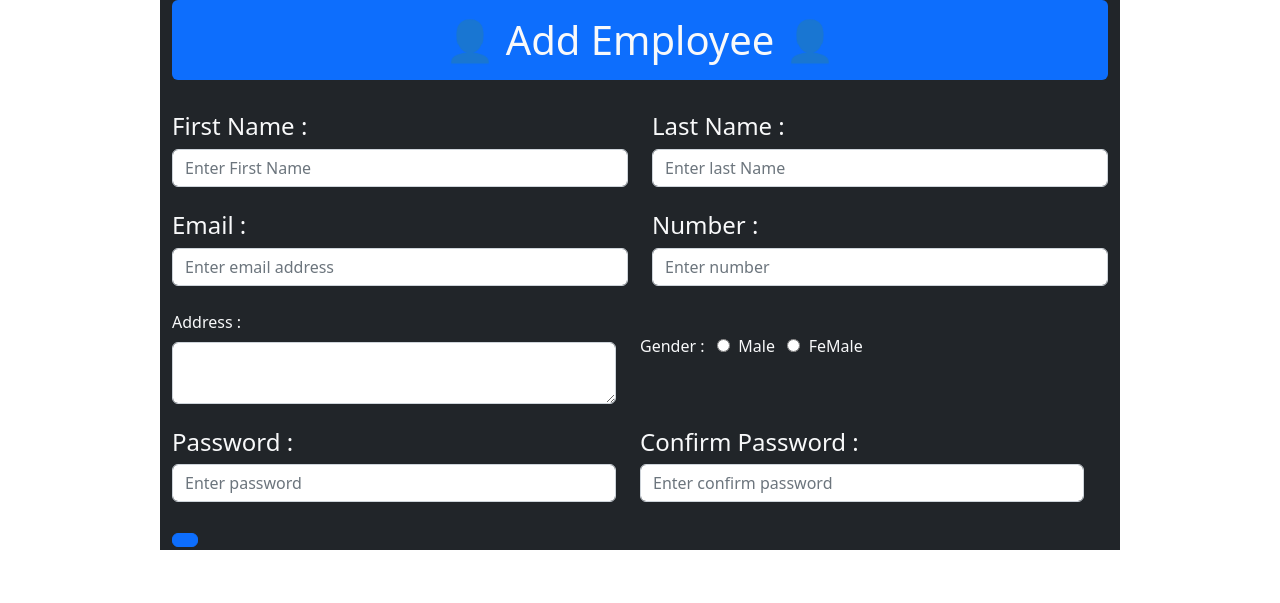
Repository: Rahulkathiriya/java-assignment-and-assesment
Page: http://localhost/web007_assesment_employee_Management_System/addEmployee.jsp
These files come from the project's save history. The page is drawn as it stood at one moment and after the next save; the edit follows.
The browser window is 1280 px wide. The pictures show the whole page.
The page is served by Tomcat 9. Other server files are loaded and not shown.

Above is the page before, as saved 2022-11-17 15:48:19.

### web007_assesment_employee_Management_System/src/main/webapp/addEmployee.jsp
<%@ page language="java" contentType="text/html; charset=UTF-8"
	pageEncoding="UTF-8"%>
<!DOCTYPE html>
<html>
<head>
<!-- CSS only -->
<link
	href="https://cdn.jsdelivr.net/npm/bootstrap@5.2.0/dist/css/bootstrap.min.css"
	rel="stylesheet"
	integrity="sha384-gH2yIJqKdNHPEq0n4Mqa/HGKIhSkIHeL5AyhkYV8i59U5AR6csBvApHHNl/vI1Bx"
	crossorigin="anonymous">
<!-- <-- JavaScript Bundle with Popper -->
<script
	src="https://cdn.jsdelivr.net/npm/bootstrap@5.2.0/dist/js/bootstrap.bundle.min.js"
	integrity="sha384-A3rJD856KowSb7dwlZdYEkO39Gagi7vIsF0jrRAoQmDKKtQBHUuLZ9AsSv4jD4Xa"
	crossorigin="anonymous"></script>

<!--  	j-Queary cdn -->
<script
	src="https://cdnjs.cloudflare.com/ajax/libs/jquery/3.6.1/jquery.min.js"
	integrity="sha512-aVKKRRi/Q/YV+4mjoKBsE4x3H+BkegoM/em46NNlCqNTmUYADjBbeNefNxYV7giUp0VxICtqdrbqU7iVaeZNXA=="
	crossorigin="anonymous" referrerpolicy="no-referrer"></script>
<meta charset="UTF-8">
<title>add Employee</title>
<style type="text/css">
.form-control:focus {
	border-color: none !important;
	box-shadow: none !important;
}
</style>
</head>
<body>

	<div class="container bg-dark text-light m-auto w-75">
		<div class="h1 text-center bg-primary rounded p-3">👤 Add
			Employee 👤</div>
		<br>
		<div class="row">
			<div class="col col-sm-12 col-md-6 col-lg-6">
				<label class=" h4 form-label" for="fname">First Name :</label> <input
					type="text" id="fname" name="fname" class="form-control"
					placeholder="Enter First Name">
			</div>
			<div class="col col-sm-12 col-md-6 col-lg-6">
				<label class=" h4 form-label" for="lname">Last Name :</label> <input
					type="text" id="lname" name="lname" class="form-control"
					placeholder="Enter last Name">
			</div>
		</div>
		<br>
		<div class="row">
			<div class="col col-sm-12 col-md-6 col-lg-6">
				<label class=" h4 form-label" for="email">Email :</label> <input
					type="email" id="email" name="email" class="form-control"
					placeholder="Enter email address">
			</div>
			<div class="col col-sm-12 col-md-6 col-lg-6">
				<label class=" h4 form-label" for="number">Number :</label> <input
					type="text" id="number" name="number" class="form-control"
					placeholder="Enter number">
			</div>

			<div class="row mt-4">
				<div class="col col-sm-12 col-md-6 col-lg-6">
					<label class="form-label">Address : </label>
					<textarea rows="" cols="" class="form-control" id="address"></textarea>
				</div>
				<div class="col col-sm-12 col-md-6 col-lg-6 mt-4">
					<label class="form-label" for="gender">Gender :</label> &nbsp; <input
						type="radio" name="gender" value="male"> &nbsp;Male &nbsp;
					<input type="radio" name="gender" value="male">
					&nbsp;FeMale
				</div>
			</div>
			<div class="row mt-4">
				<div class="col col-sm-12 col-md-6 col-lg-6">
					<label class=" h4 form-label" for="password">Password :</label> <input
						type="text" id="password" name="password" class="form-control"
						placeholder="Enter password">
				</div>
				<div class="col col-sm-12 col-md-6 col-lg-6">
					<label class=" h4 form-label" for="conpass">Confirm
						Password :</label> <input type="text" id="conpass" name="conpass"
						class="form-control" placeholder="Enter confirm password">
				</div>
			</div>
			<div class="row mt-4">
				<div class="col col-sm-12 col-md-6 col-lg-6">
					<button class="btn btn-primary"><a href="submit"></a></button>

				</div>
				<div class="col col-sm-12 col-md-6 col-lg-6">

				</div>
			</div>
		</div>



	</div>

















</body>
</html>

After the next save:
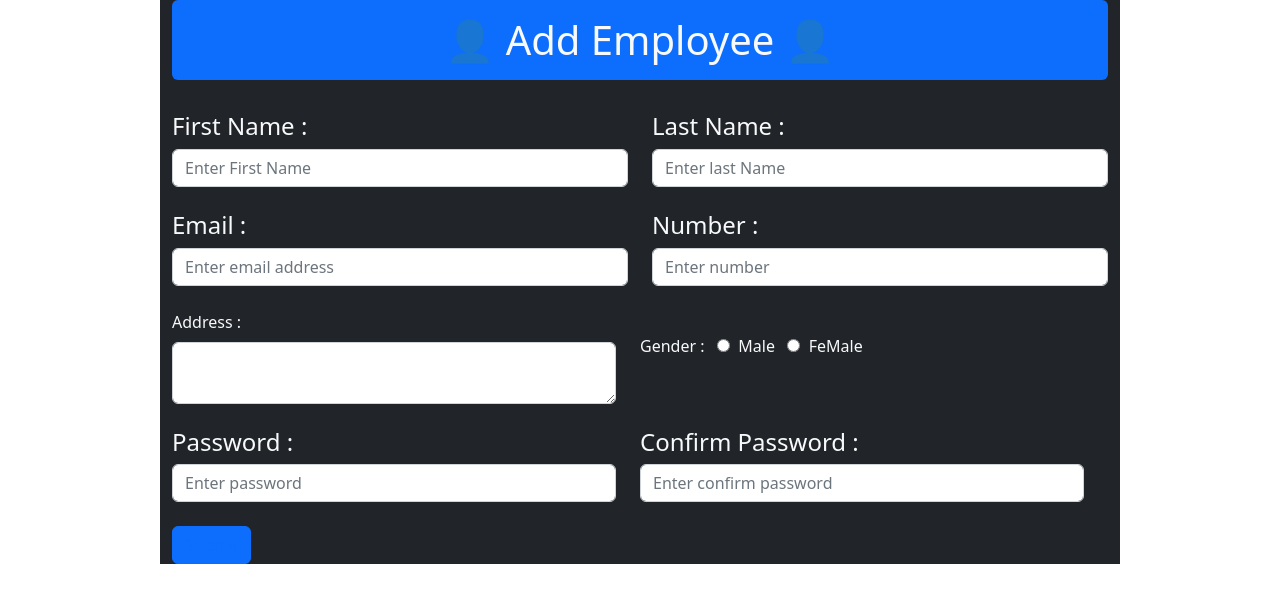
Saved 10 s later.
--- a/web007_assesment_employee_Management_System/src/main/webapp/addEmployee.jsp
+++ b/web007_assesment_employee_Management_System/src/main/webapp/addEmployee.jsp
@@ -86,7 +86,7 @@
 			</div>
 			<div class="row mt-4">
 				<div class="col col-sm-12 col-md-6 col-lg-6">
-					<button class="btn btn-primary"><a href="submit"></a></button>
+					<button class="btn btn-primary"><a href="submit">Submit</a></button>
 
 				</div>
 				<div class="col col-sm-12 col-md-6 col-lg-6">
